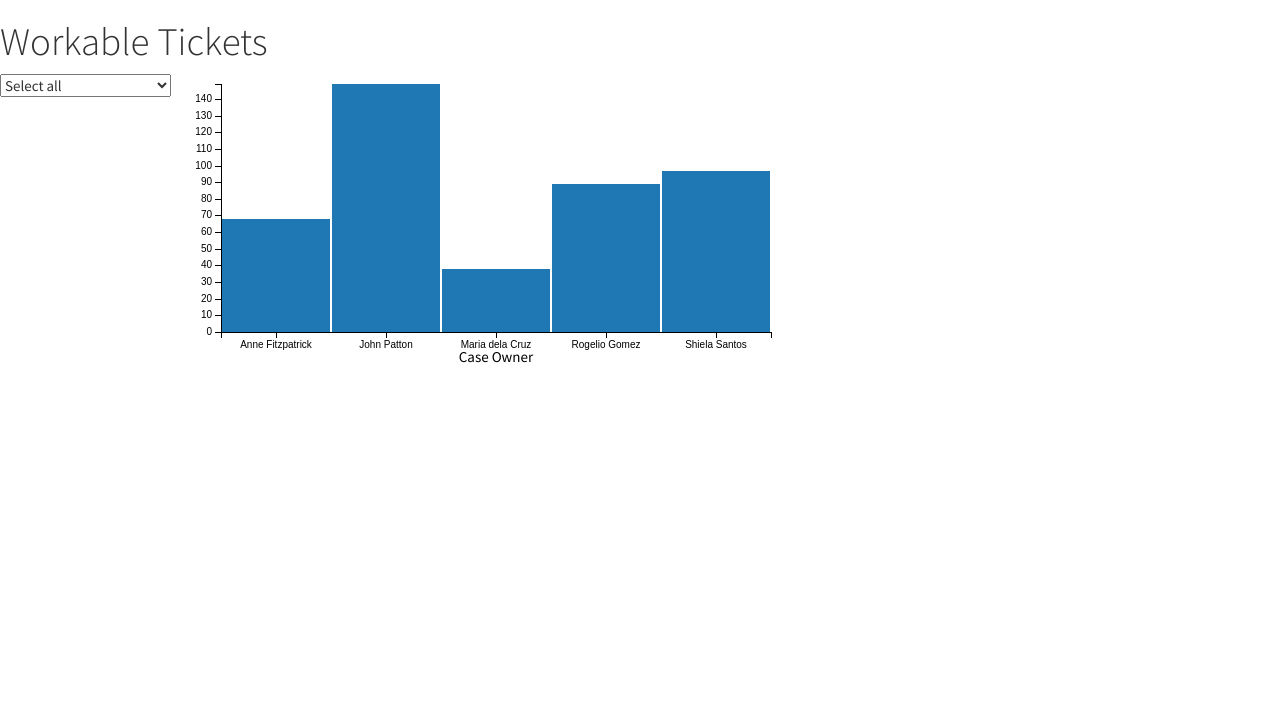
Repository: RChanco/Workable-Tickets-Dashboard
Page: index.html
The author's editor kept a record of every edit. The page is drawn from the files as they stood at one moment, then again after the next edit.
The browser window is 1280 px wide. The pictures show the whole page.

Above is the page before.
Console error: TypeError: Cannot read properties of null (reading 'textContent')

### index.html
<!DOCTYPE html>
<html lang="en">
<head>
    <meta charset="UTF-8">
    <meta name="viewport" content="width=device-width, initial-scale=1.0">
    <meta http-equiv="X-UA-Compatible" content="ie=edge">
    <title>Workable Tickets Dashboard</title>

    <link rel="stylesheet" href="static/css/bootstrap.min.css" type="text/css" />
    <link rel="stylesheet" href="static/css/dc.min.css" type="text/css" />

    <script type="text/javascript" src="static/js/d3.min.js"></script>
    <script type="text/javascript" src="static/js/crossfilter.min.js"></script>
    <script type="text/javascript" src="static/js/dc.min.js"></script>
    <script type="text/javascript" src="static/js/queue.min.js"></script>
    <script type="text/javascript" src="static/js/graph.js"></script>

</head>
<body>
    <h1>Workable Tickets</h1>


    <div id="status-selector"></div>

    <div id="case-owner"></div>



    <div id="average-days-old"></div>

    <div id="case-country"></div>

</body>
</html>

### static/js/graph.js
queue()
    .defer(d3.csv,"data/Open_Tickets.csv")
     .await(makeGraphs);

function makeGraphs(error, ticketsData) {
    var ndx = crossfilter(ticketsData);


    show_status_selector(ndx);
    show_case_owner(ndx);
    show_sla_status(ndx);
    show_case_country(ndx);

    dc.renderAll();

}

function show_status_selector(ndx) {
    var dim = ndx.dimension(dc.pluck('Status'));
    var group = dim.group();

    dc.selectMenu("#status-selector")
        .dimension(dim)
        .group(group);
}
function show_case_owner(ndx) {
    var dim = ndx.dimension(dc.pluck('CaseOwner'));
    var group = dim.group();

    dc.barChart("#case-owner")
        .width(650)
        .height(300)
        .margins({top: 10, right: 50, bottom: 30, left: 50})
        .dimension(dim)
        .group(group)
        .transitionDuration(500)
        .x(d3.scale.ordinal())
        .xUnits(dc.units.ordinal)
        .xAxisLabel("Case Owner")
        .yAxis().ticks(20) ;
}

function show_sla_status(ndx) {
	    var dim = ndx.dimension(dc.pluck('SLA status'));
	    var group = dim.group();

	    dc.barChart("#sla-status")
	        .width(400)
	        .height(300)
	        .margins({top: 10, right: 50, bottom: 30, left: 50})
	        .dimension(dim)
	        .group(group)
	        .transitionDuration(500)
	        .x(d3.scale.ordinal())
	        .xUnits(dc.units.ordinal)
	        .xAxisLabel("SLA Status")
	        .yAxis().ticks(20);
	}



function show_case_country(ndx) {
    var dim = ndx.dimension(dc.pluck('CaseCountry'));
    var group = dim.group();

    dc.pieChart("#case-country")
        .width(650)
        .height(300)
        .dimension(dim)
        .group(group)
        .transitionDuration(500)
}

function show_days_old(ndx) {
    var dim = ndx.dimension(dc.pluck('DaysOld'));

    function add_item(p, v) {
        p.count++;
        p.total += v.DaysOld;
        p.average = p.total / p.count;
        return p;
    }

    function remove_item(p, v) {
        p.count--;
        if(p.count == 0) {
            p.total = 0;
            p.average = 0;
        } else {
            p.total -= v.DaysOld;
            p.average = p.total / p.count;
        }
        return p;
    }

    function initialise() {
        return {count: 0, total: 0, average: 0};
    }

    var averageDaysOld = dim.group().reduce(add_item, remove_item, initialise);

    dc.barChart("#average-salary")
        .width(400)
        .height(300)
        .margins({top: 10, right: 50, bottom: 30, left: 50})
        .dimension(dim)
        .group(averageDaysOld)
        .valueAccessor(function(d){
            return d.value.average.toFixed(2);
        })
        .transitionDuration(500)
        .x(d3.scale.ordinal())
        .xUnits(dc.units.ordinal)
        .elasticY(true)
        .xAxisLabel("Gender")
        .yAxis().ticks(4);
}

Loaded but not shown: static/css/bootstrap.min.css (library); static/css/dc.min.css (library); static/js/d3.min.js (library); static/js/crossfilter.min.js (library); static/js/dc.min.js (library); static/js/queue.min.js (common file)

After the next edit:
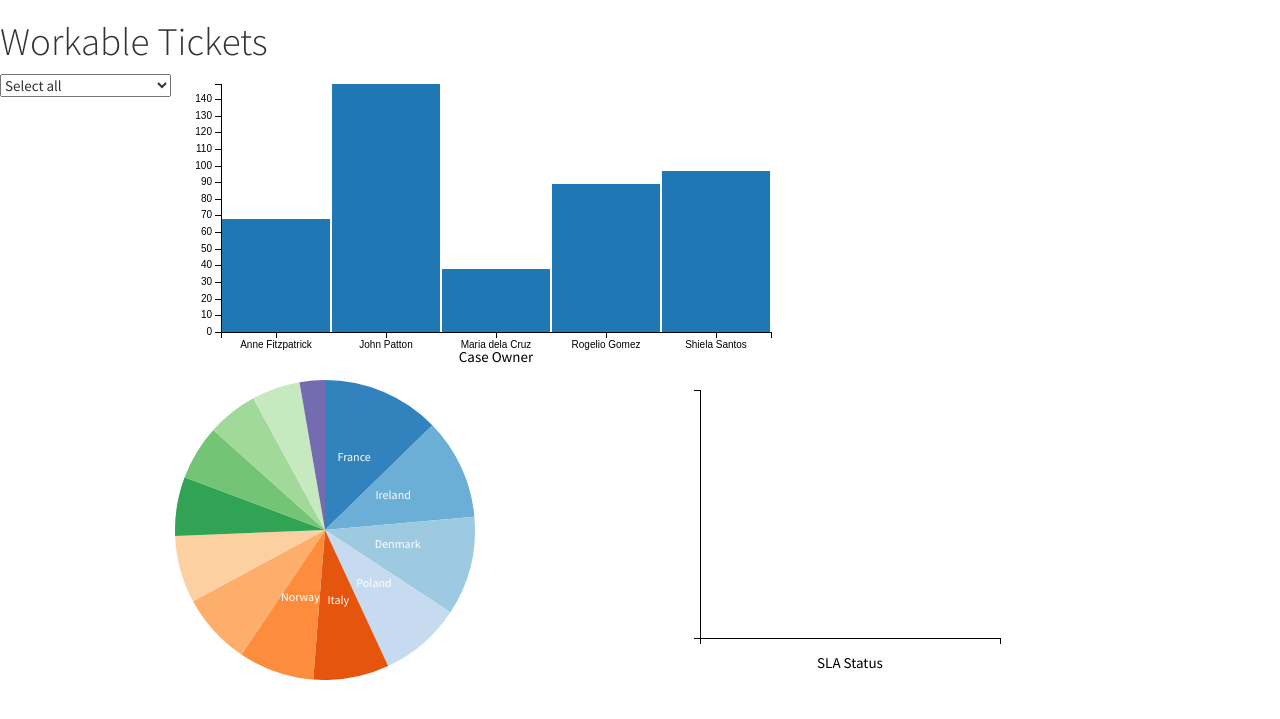
The error is gone.
The edit:
--- a/index.html
+++ b/index.html
@@ -30,5 +30,9 @@
 
     <div id="case-country"></div>
 
+    <div id="sla-status"></div>
+
+    <div id="show_case_days_old"></div>
+
 </body>
 </html>
